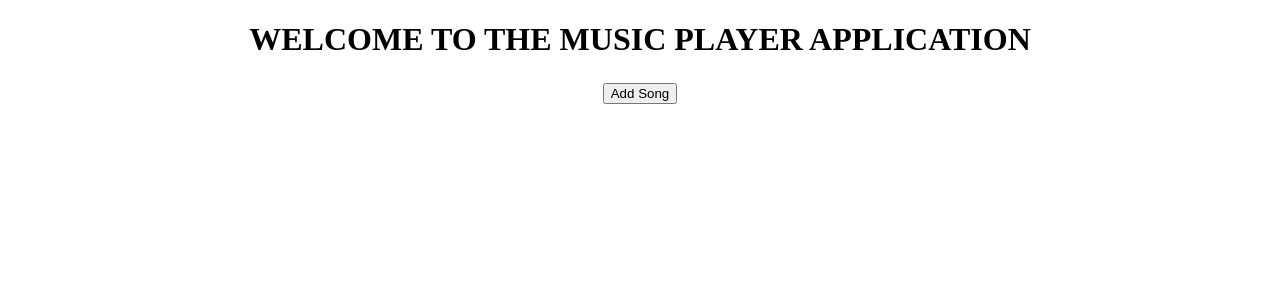
Repository: dannytayade1495/WEJE3
Page: http://localhost/multiplayerjsp/MusicPlayer.jsp
These files come from the project's save history. The page is drawn as it stood at one moment and after the next save; the edit follows.
The browser window is 1280 px wide. The pictures show the whole page.
The page is served by Tomcat 9.

Above is the page before, as saved 2023-03-25 08:12:15.

After the next save:
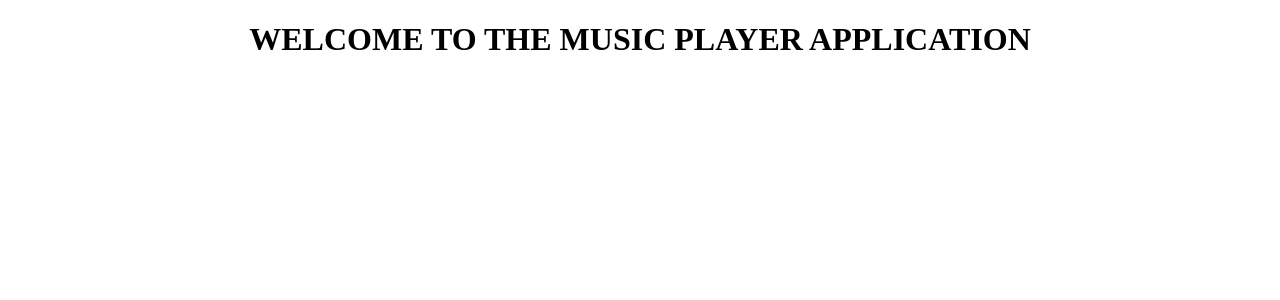
Saved 10 s later.
--- a/multiplayerjsp/src/main/webapp/MusicPlayer.jsp
+++ b/multiplayerjsp/src/main/webapp/MusicPlayer.jsp
@@ -10,13 +10,6 @@
 
 	<div align="center">
 		<h1>WELCOME TO THE MUSIC PLAYER APPLICATION</h1>
-		<form action="./AddSong.jsp">
-			<table>
-				<tr>
-					<td><input type="submit" value="Add Song"></td>
-				</tr>
-			</table>
-		</form>
 	</div>
 
 </body>
